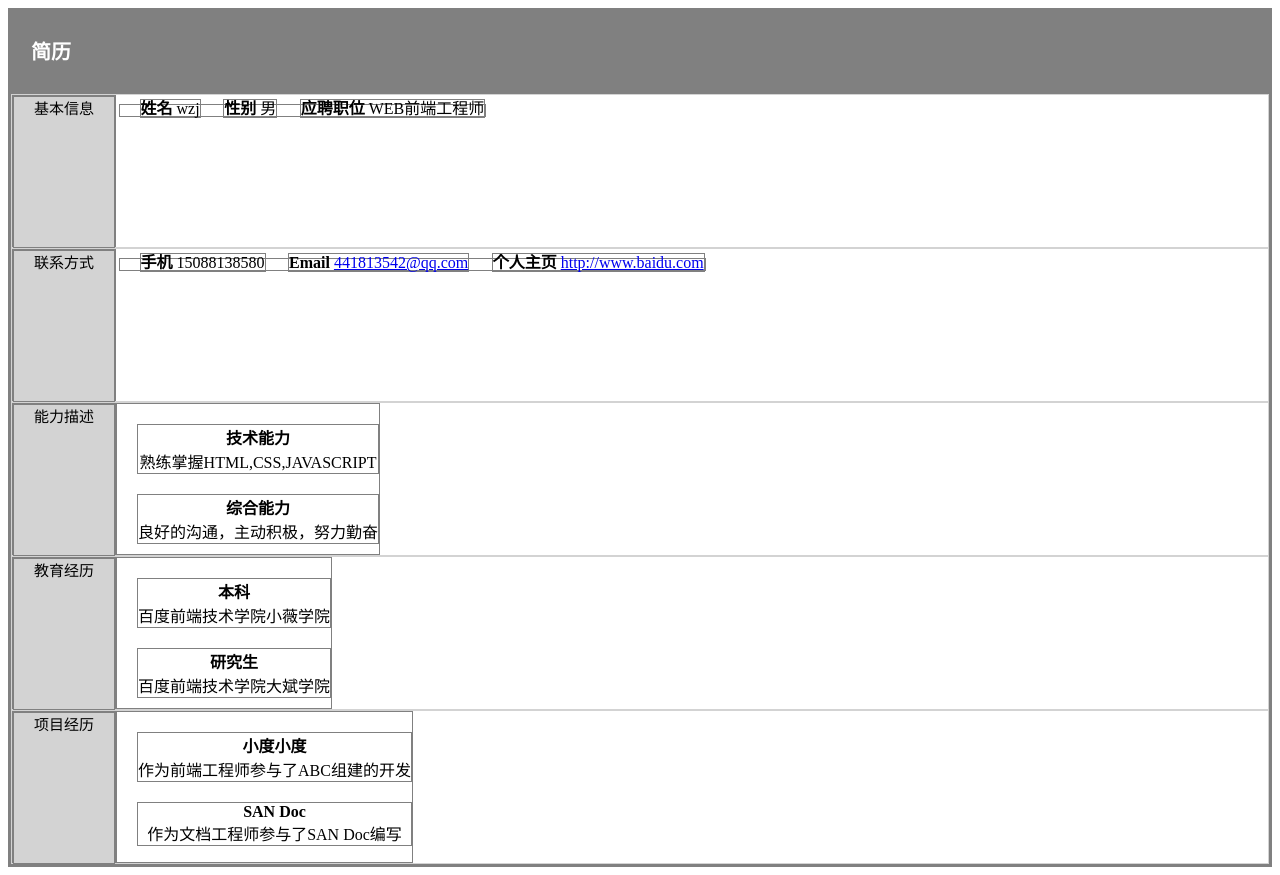
Repository: w441813542/webrecord
Page: day6_day7/jianli.html
The author's editor kept a copy of each file at every save. The page is drawn from the files as they stood at one save, then again after the next save.
The browser window is 1280 px wide. The pictures show the whole page.

Above is the page before, as saved 2021-03-09 14:59:54.

### day6_day7/jianli.html
<!DOCTYPE html>
<html>

<head>
  <!-- <link rel="stylesheet" type="text/css" href="style_1.css" /> -->
  <!-- <link rel="stylesheet" type="text/css" href="style_2.css" /> -->
  <link rel="stylesheet" type="text/css" href="style_3.css" />
</head>

<body>
  <div class="box">
    <div class="left">
      <div class="caption">简历</div>
    </div>
    <div class="right">
      <div>
        <!-- <tr>
          <th rowspan="15" class="caption" align="center" valign="top">简历</th>
        </tr> -->
        <div class="part">
          <div class="part_left">
            <div class="th">基本信息</div>
          </div>
          <div class="part_right">
            <div class="td"><span>姓名</span> wzj</div>
            <div class="td"><span>性别</span> 男</div>
            <div class="td"><span>应聘职位</span> WEB前端工程师</div>
          </div>
        </div>
        <div class="part">
          <div class="part_left">
            <div class="th">联系方式</div>
          </div>
          <div class="part_right">
            <div class="td"><span>手机</span> 15088138580</div>
            <div class="td" ><span>Email</span> <a href="mailto:441813542@qq.com">441813542@qq.com</a></div>
            <div class="td"><span>个人主页</span> <a href="http://www.baidu.com">http://www.baidu.com</a></div>
          </div>
        </div>
        <div class="part flex">
          <div class="part_left">
            <div class="th">能力描述</div>
          </div>
          <div class="part_right">
            <div class="td msgtd block"><span class="block">技术能力</span> 熟练掌握HTML,CSS,JAVASCRIPT</div>
            <div class="td msgtd block"><span class="block">综合能力</span> 良好的沟通，主动积极，努力勤奋</div>
          </div>
        </div>
        <div class="part flex">
          <div class="part_left">
            <div class="th">教育经历</div>
          </div>
          <div class="part_right">
            <div class="td msgtd block"><span class="block">本科</span> 百度前端技术学院小薇学院</div>
            <div class="td msgtd block"><span class="block">研究生</span> 百度前端技术学院大斌学院</div>
          </div>
        </div>
        <div class="part flex">
          <div class="part_left">
            <div class="th">项目经历</div>
          </div>
          <div class="part_right">
            <div class="td msgtd block"><span class="block">小度小度</span> 作为前端工程师参与了ABC组建的开发</div>
            <div class="td msgtd block"><span class="block">SAN Doc</span> 作为文档工程师参与了SAN Doc编写</div>
          </div>
        </div>
      </div>

    </div>
  </div>
</body>

</html>

### day6_day7/style_3.css
html {
    font-size: 10px;
  }

  div{
    border: 1px solid gray;
  }

  .td {
    font-size: 1.6em;
    margin-left: 20px;
    margin-bottom: 20px;
    margin-top: 20px;
    display: inline;
    text-align: center;
  }

  .th {
    font-size: 1.5em;
    text-align: center;
    display: inline-block;
    padding-left: 20px;
    padding-right: 20px;
    height: 150px;
    background: lightgray;
  }

  .caption {
    font-size: 2em;
    font-weight: bold;
    color: white;
    text-align: left;
    background: gray;
    padding-top: 25px;
    padding-left: 20px;
    padding-bottom: 25px;
  }

 .part{
   display: block;
   border: 1px solid lightgray;
 }

  .part_left{
    display: inline-block;
    height: 150px;
  }

  .part_right{
    display: inline;
    height: 150px;
  }

  span {
    font-weight: bold;
  }

  .box{
      display: block;
  }

  .flex{
    display: flex;
  }

  .block{
    display: block;
  }

After the next save:
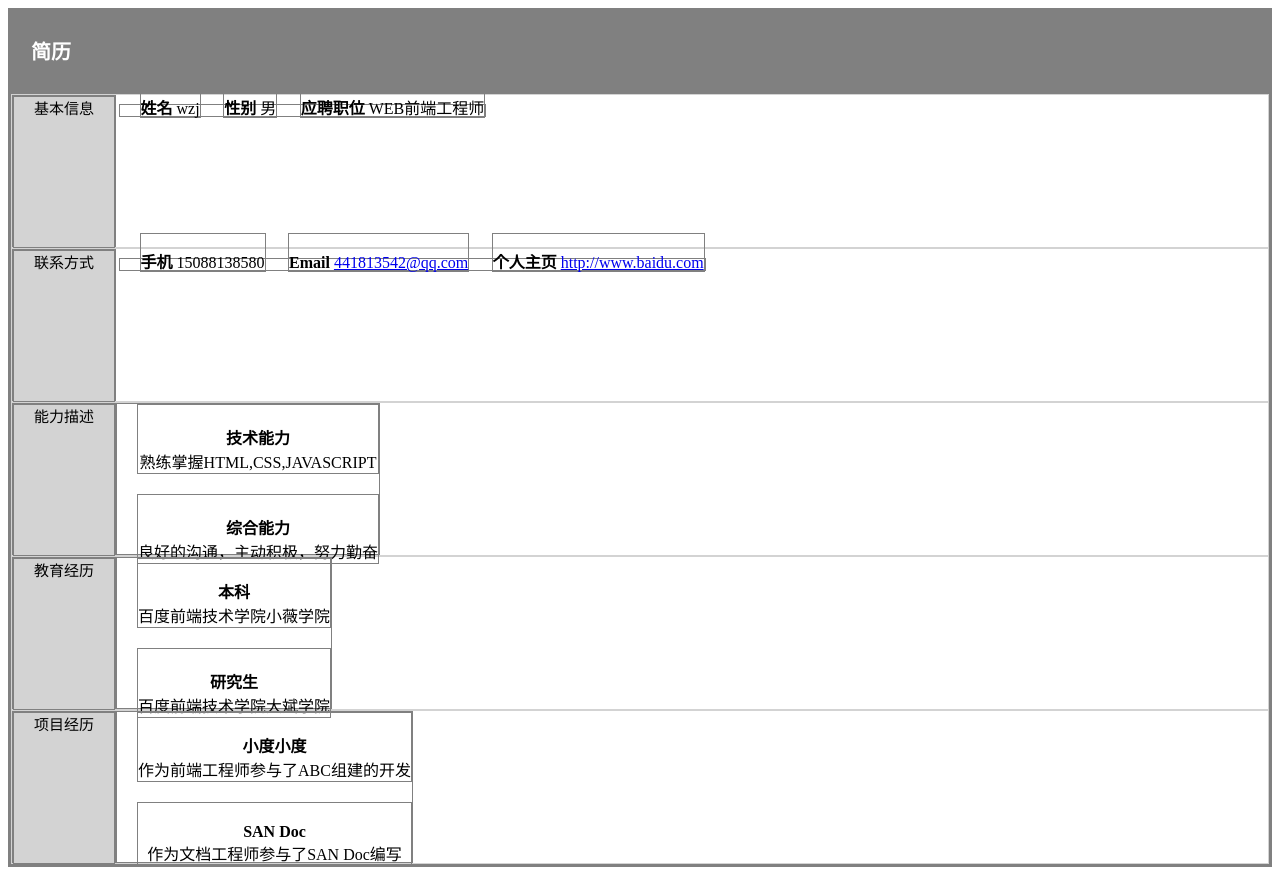
Saved 12 s later.
--- a/day6_day7/style_3.css
+++ b/day6_day7/style_3.css
@@ -10,7 +10,7 @@
     font-size: 1.6em;
     margin-left: 20px;
     margin-bottom: 20px;
-    margin-top: 20px;
+    padding-top: 20px;
     display: inline;
     text-align: center;
   }

After the save that followed:
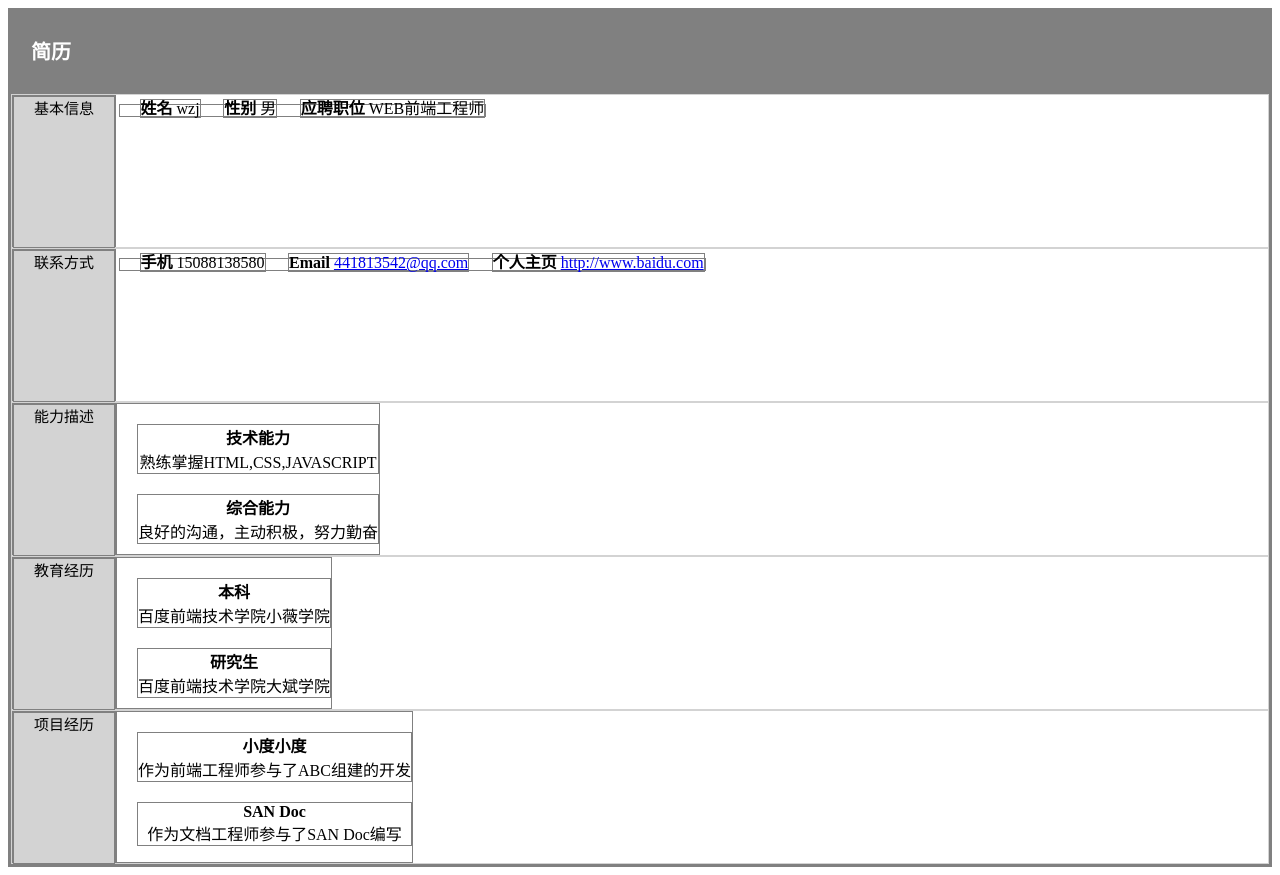
Saved 5 s later.
--- a/day6_day7/style_3.css
+++ b/day6_day7/style_3.css
@@ -10,7 +10,7 @@
     font-size: 1.6em;
     margin-left: 20px;
     margin-bottom: 20px;
-    padding-top: 20px;
+    margin-top: 20px;
     display: inline;
     text-align: center;
   }
